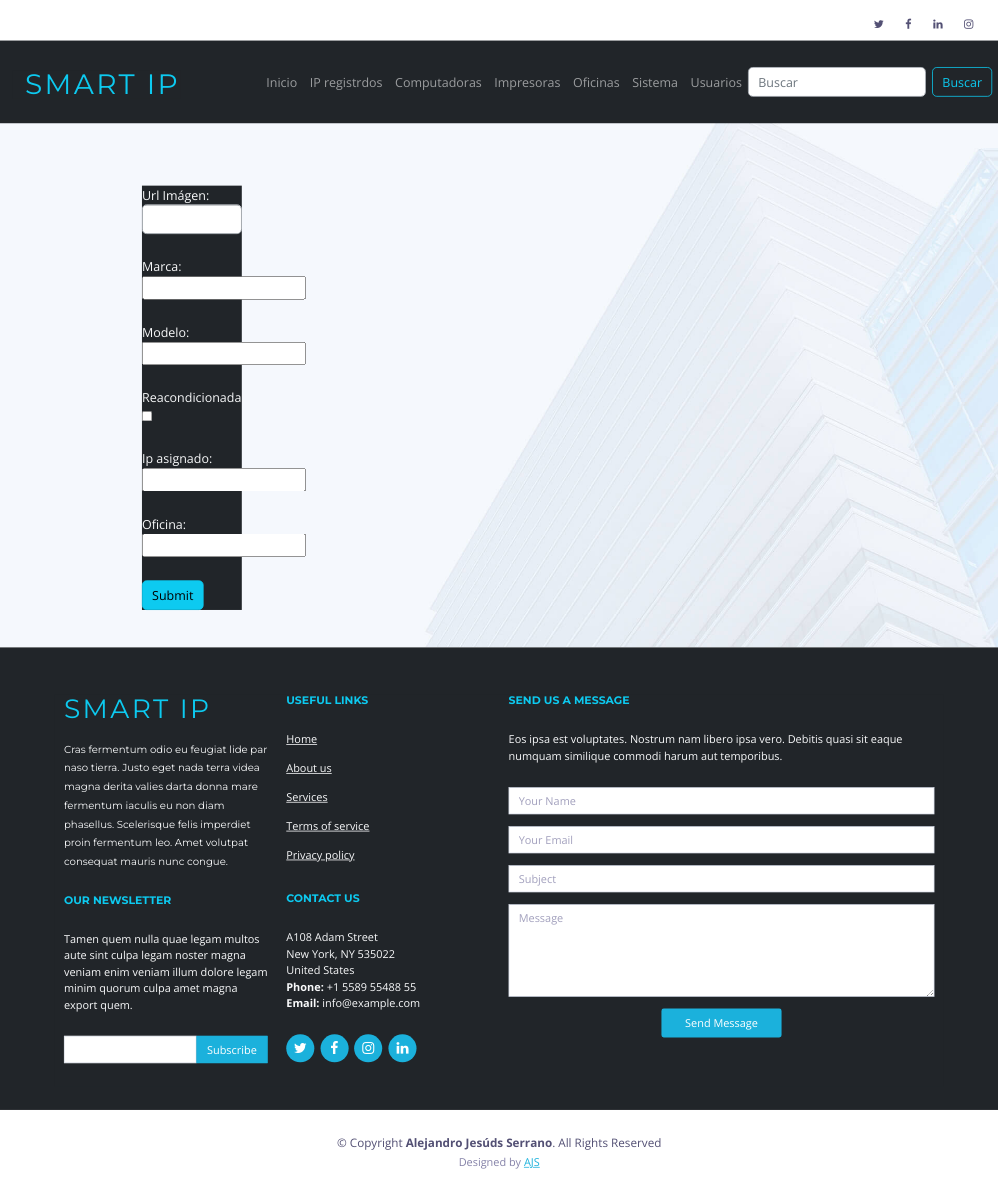
Repository: AlejandroJesusSerrano/SmartIPs
Page: smartip/smartipnav/templates/smartipnav/printer_form.html
The author's editor kept a copy of each file at every save. The page is drawn from the files as they stood at one save, then again after the next save.
The browser window is 1280 px wide. The pictures show the whole page, at 78% of full size.
The page is served by the project's application, run on Django 4.2 (smartip/manage.py). Other server files are loaded and not shown. The template is opened directly, without the code that normally fills it, so the values that code supplies are empty.

Above is the page before, as saved 2022-11-14 08:12:52.

### smartip/smartipnav/templates/smartipnav/printer_form.html
{% extends 'smartipnav/base.html' %}

{% block content %}
<section id="intro" class="clearfix">
    <div class="container d-flex h-100">
        <div class="row justify-content-center align-self-center">
            <div class="col-md-6 intro-info order-md-first order-last">
                <form action="" method="post">
                    {% csrf_token %}
                    <div class="container mx-auto">
                        <div class="form-group bg-dark mx-auto">
                            <label class="form-control-label text-light" for="printer_image">Url Imágen: </label>
                            <input class="form-control" type="url" name="printer_image" id="printer_add"></p>

                            <label class="form-control-label text-light" for="printer_brand">Marca: </label>
                            <input type="text" name="printer_brand" id="printer_brand"></p>

                            <label class="form-control-label text-light" for="printer_model">Modelo: </label>
                            <input type="text" name="printer_model" id="printer_model"></p>

                            <label class="form-control-label text-light" for="printer_rebuilded">Reacondicionada: </label>
                            <input type="checkbox" name="printer_rebuilded" id="printer_rebuilded"></p>

                            <label class="form-control-label text-light" for="printer_ip">Ip asignado: </label>
                            <input type="text" name="printer_ip" id="printer_ip"></p>

                            <label class="form-control-label text-light" for="printer_office">Oficina: </label>
                            <input type="text" namr="printer_office" id="printer_office"></p>

                            <button type="submit" class="btn btn-info">Submit</button>
                        </div>
                    </div>
                </form>
            </div>
        </div>
    </div>
{% endblock %}

### smartip/smartipnav/templates/smartipnav/base.html
<!DOCTYPE html>
<html lang="en">
<head>

  {% load static %}
  <meta charset="utf-8">
  <title>Smart IP</title>
  <meta content="width=device-width, initial-scale=1.0" name="viewport">
  <meta content="" name="keywords">
  <meta content="" name="description">

  <!-- Favicons -->
  <link href="{% static 'smartipnav/img/favicon.png' %}" rel="icon">
  <link href="{% static 'smartipnav/img/apple-touch-icon.png' %}" rel="apple-touch-icon">

  <!-- Google Fonts -->
  <link href="https://fonts.googleapis.com/css?family=Open+Sans:300,300i,400,400i,500,600,700,700i|Montserrat:300,400,500,600,700" rel="stylesheet">

  <!-- Bootstrap CSS File -->
  <link href="https://cdn.jsdelivr.net/npm/bootstrap@5.2.2/dist/css/bootstrap.min.css" rel="stylesheet" integrity="sha384-Zenh87qX5JnK2Jl0vWa8Ck2rdkQ2Bzep5IDxbcnCeuOxjzrPF/et3URy9Bv1WTRi" crossorigin="anonymous">

  <!-- Libraries CSS Files -->
  <link href="{% static 'smartipnav/lib/font-awesome/css/font-awesome.min.css' %}" rel="stylesheet">
  <link href="{% static 'smartipnav/lib/animate/animate.min.css' %}" rel="stylesheet">
  <link href="{% static 'smartipnav/lib/ionicons/css/ionicons.min.css' %}" rel="stylesheet">
  <link href="{% static 'smartipnav/lib/owlcarousel/assets/owl.carousel.min.css' %}" rel="stylesheet">
  <link href="{% static 'smartipnav/lib/lightbox/css/lightbox.min.css' %}" rel="stylesheet">

  <!-- Main Stylesheet File -->
  <link href="{% static 'smartipnav/css/style.css' %}" rel="stylesheet">

  <!-- =======================================================
    Theme Name: Rapid
    Theme URL: https://bootstrapmade.com/rapid-multipurpose-bootstrap-business-template/
    Author: BootstrapMade.com
    License: https://bootstrapmade.com/license/
  ======================================================= -->
</head>

<body>
  <!--==========================
  Header
  ============================-->
  <header id="header">

    <div id="topbar">
      <div class="container me-2">
        <div class="social-links">
          <a href="#" class="twitter"><i class="fa fa-twitter"></i></a>
          <a href="#" class="facebook"><i class="fa fa-facebook"></i></a>
          <a href="#" class="linkedin"><i class="fa fa-linkedin"></i></a>
          <a href="#" class="instagram"><i class="fa fa-instagram"></i></a>
        </div>
      </div>
    </div>

    <nav class="navbar navbar-expand-lg navbar-dark bg-dark">
      <a class="navbar-brand" href="index">
        <div class="logo mb-4">
          <!-- Uncomment below if you prefer to use an image logo -->
          <h1 class="text-bg-dark mx-auto "><a href="index"><span class= "text-info">Smart IP</span></a></h1>
          <!-- <a href="#header" class="scrollto"><img src="img/logo.png" alt="" class="img-fluid"></a> -->
        </div>
      </a>
      <button class="navbar-toggler" type="button" data-bs-toggle="collapse" data-bs-target="#navbarSupportedContent" aria-controls="navbarSupportedContent" aria-expanded="false" aria-label="Toggle navigation">
        <span class="navbar-toggler-icon"></span>
      </button>
      <div class="collapse navbar-collapse" id="navbarSupportedContent">
        <ul class="navbar-nav ms-auto mb-2 mb-lg-0">
          <li class="nav-item">
            <a class="nav-link {% block indexactive %} {% endblock %}" aria-current="page" href="{% url 'Inicio' %}">Inicio</a>
          </li>
          <li class="nav-item">
            <a class="nav-link {% block ipactive %} {% endblock %}" aria-current="page" href=" {% url 'Ip' %}">IP registrdos</a>
          </li>
          <li class="nav-item">
            <a class="nav-link {% block computeractive %} {% endblock %}" aria-current="page" href="{% url 'Computers' %}">Computadoras</a>
          </li>
          <li class="nav-item">
            <a class="nav-link {% block printersactive %} {% endblock %}" aria-current="page" href="{% url 'Printers' %}">Impresoras</a>
          </li>
          <li class="nav-item">
            <a class="nav-link {% block officesactive %} {% endblock %}" aria-current="page" href="{% url 'Offices' %}">Oficinas</a>
          </li>
          <li class="nav-item">
            <a class="nav-link {% block usersactive %} {% endblock %}" aria-current="page" href="{% url 'Users' %}">Sistema</a>
          </li>
          <li class="nav-item">
            <a class="nav-link {% block userspcactive %} {% endblock %}" aria-current="page" href="{% url 'UsersPc' %}">Usuarios</a>
          </li>

          <!-- <li class="nav-item dropdown">
            <a class="nav-link dropdown-toggle" href="#" id="navbarDropdown" role="button" data-bs-toggle="dropdown" aria-expanded="false">
              Dropdown
            </a>
            <ul class="dropdown-menu" aria-labelledby="navbarDropdown">
              <li><a class="dropdown-item" href="#">Acción</a></li>
              <li><a class="dropdown-item" href="#">Otra acción</a></li>
              <li><hr class="dropdown-divider"></li>
              <li><a class="dropdown-item" href="#">Algo más aquí</a></li>
            </ul>
          </li>
          <li class="nav-item">
            <a class="nav-link disabled">Deshabilitado</a>
          </li> -->
        </ul>
        <form class="d-flex" role="search">
          <input class="form-control me-2" type="search" placeholder="Buscar" aria-label="Buscar">
          <button class="btn btn-outline-info me-2" type="submit">Buscar</button>
        </form>
      </div>
    </nav>
  </header><!-- #header -->



    {% block content %}

    {% endblock %}



  <!--==========================
    Footer
  ============================-->
  <footer id="footer" class="section-bg">
    <div class="footer-top bg-dark">
      <div class="container bg-dark">

        <div class="row">

          <div class="col-lg-6">

            <div class="row">

                <div class="col-sm-6">

                  <div class="footer-info">
                    <h3 class="text-info">Smart Ip</h3>
                    <p class="text-light">Cras fermentum odio eu feugiat lide par naso tierra. Justo eget nada terra videa magna derita valies darta donna mare fermentum iaculis eu non diam phasellus. Scelerisque felis imperdiet proin fermentum leo. Amet volutpat consequat mauris nunc congue.</p>
                  </div>

                  <div class="footer-newsletter">
                    <h4 class="text-info">Our Newsletter</h4>
                    <p class="text-light">Tamen quem nulla quae legam multos aute sint culpa legam noster magna veniam enim veniam illum dolore legam minim quorum culpa amet magna export quem.</p>
                    <form action="" method="post">
                      <input type="email" name="email"><input type="submit"  value="Subscribe">
                    </form>
                  </div>

                </div>

                <div class="col-sm-6">
                  <div class="footer-links">
                    <h4 class="text-info">Useful Links</h4>
                    <ul>
                      <li><a class="text-light" href="#">Home</a></li>
                      <li><a class="text-light" href="#">About us</a></li>
                      <li><a class="text-light" href="#">Services</a></li>
                      <li><a class="text-light" href="#">Terms of service</a></li>
                      <li><a class="text-light" href="#">Privacy policy</a></li>
                    </ul>
                  </div>

                  <div class="footer-links">
                    <h4 class="text-info">Contact Us</h4>
                    <p class="text-light">
                      A108 Adam Street <br>
                      New York, NY 535022<br>
                      United States <br>
                      <strong>Phone:</strong> +1 5589 55488 55<br>
                      <strong>Email:</strong> info@example.com<br>
                    </p>
                  </div>

                  <div class="social-links">
                    <a href="#" class="twitter"><i class="fa fa-twitter"></i></a>
                    <a href="#" class="facebook"><i class="fa fa-facebook"></i></a>
                    <a href="#" class="instagram"><i class="fa fa-instagram"></i></a>
                    <a href="#" class="linkedin"><i class="fa fa-linkedin"></i></a>
                  </div>

                </div>

            </div>

          </div>

          <div class="col-lg-6">

            <div class="form">

              <h4 class="text-info">Send us a message</h4>
              <p class= "text-light">Eos ipsa est voluptates. Nostrum nam libero ipsa vero. Debitis quasi sit eaque numquam similique commodi harum aut temporibus.</p>
              <form action="" method="post" role="form" class="contactForm">
                <div class="form-group">
                  <input type="text" name="name" class="form-control" id="name" placeholder="Your Name" data-rule="minlen:4" data-msg="Please enter at least 4 chars" />
                  <div class="validation"></div>
                </div>
                <div class="form-group">
                  <input type="email" class="form-control" name="email" id="email" placeholder="Your Email" data-rule="email" data-msg="Please enter a valid email" />
                  <div class="validation"></div>
                </div>
                <div class="form-group">
                  <input type="text" class="form-control" name="subject" id="subject" placeholder="Subject" data-rule="minlen:4" data-msg="Please enter at least 8 chars of subject" />
                  <div class="validation"></div>
                </div>
                <div class="form-group">
                  <textarea class="form-control" name="message" rows="5" data-rule="required" data-msg="Please write something for us" placeholder="Message"></textarea>
                  <div class="validation"></div>
                </div>

                <div id="sendmessage">Your message has been sent. Thank you!</div>
                <div id="errormessage"></div>

                <div class="text-center"><button type="submit" title="Send Message">Send Message</button></div>
              </form>
            </div>

          </div>



        </div>

      </div>
    </div>

    <div class="container">
      <div class="copyright">
        &copy; Copyright <strong>Alejandro Jesúds Serrano</strong>. All Rights Reserved
      </div>
      <div class="credits">
        <!--
          All the links in the footer should remain intact.
          You can delete the links only if you purchased the pro version.
          Licensing information: https://bootstrapmade.com/license/
          Purchase the pro version with working PHP/AJAX contact form: https://bootstrapmade.com/buy/?theme=Rapid
        -->
        Designed by <a href="https://AJS.com/">AJS</a>
      </div>
    </div>
  </footer><!-- #footer -->

  <a href="#" class="back-to-top"><i class="fa fa-chevron-up"></i></a>
  <!-- Uncomment below i you want to use a preloader -->
  <!-- <div id="preloader"></div> -->

  <!-- JavaScript Libraries -->
  <script src="{% static 'smartipnav/lib/jquery/jquery.min.js' %}"></script>
  <script src="{% static 'smartipnav/lib/jquery/jquery-migrate.min.js' %}"></script>
  <script src="https://cdn.jsdelivr.net/npm/bootstrap@5.2.2/dist/js/bootstrap.bundle.min.js" integrity="sha384-OERcA2EqjJCMA+/3y+gxIOqMEjwtxJY7qPCqsdltbNJuaOe923+mo//f6V8Qbsw3" crossorigin="anonymous"></script>
  <script src="{% static 'smartipnav/lib/easing/easing.min.js' %}"></script>
  <script src="{% static 'smartipnav/lib/mobile-nav/mobile-nav.js' %}"></script>
  <script src="{% static 'smartipnav/lib/wow/wow.min.js' %}"></script>
  <script src="{% static 'smartipnav/lib/waypoints/waypoints.min.js' %}"></script>
  <script src="{% static 'smartipnav/lib/counterup/counterup.min.js' %}"></script>
  <script src="{% static 'smartipnav/lib/owlcarousel/owl.carousel.min.js' %}"></script>
  <script src="{% static 'smartipnav/lib/isotope/isotope.pkgd.min.js' %}"></script>
  <script src="{% static 'smartipnav/lib/lightbox/js/lightbox.min.js' %}"></script>
  <!-- Contact Form JavaScript File -->
  <script src="{% static 'smartipnav/contactform/contactform.js' %}"></script>

  <!-- Template Main Javascript File -->
  <script src="{% static 'smartipnav/js/main.js' %}"></script>

</body>
</html>

### smartip/smartip/urls.py
"""smartip URL Configuration

The `urlpatterns` list routes URLs to views. For more information please see:
    https://docs.djangoproject.com/en/4.1/topics/http/urls/
Examples:
Function views
    1. Add an import:  from my_app import views
    2. Add a URL to urlpatterns:  path('', views.home, name='home')
Class-based views
    1. Add an import:  from other_app.views import Home
    2. Add a URL to urlpatterns:  path('', Home.as_view(), name='home')
Including another URLconf
    1. Import the include() function: from django.urls import include, path
    2. Add a URL to urlpatterns:  path('blog/', include('blog.urls'))
"""
from django.contrib import admin
from django.urls import path

urlpatterns = [
    path('admin/', admin.site.urls),
]

Loaded but not shown: smartip/smartipnav/static/smartipnav/lib/font-awesome/css/font-awesome.min.css (library); smartip/smartipnav/static/smartipnav/lib/animate/animate.min.css (library); smartip/smartipnav/static/smartipnav/lib/ionicons/css/ionicons.min.css (library); smartip/smartipnav/static/smartipnav/lib/owlcarousel/assets/owl.carousel.min.css (library); smartip/smartipnav/static/smartipnav/lib/lightbox/css/lightbox.min.css (common file); smartip/smartipnav/static/smartipnav/lib/jquery/jquery.min.js (library); smartip/smartipnav/static/smartipnav/lib/jquery/jquery-migrate.min.js (library); smartip/smartipnav/static/smartipnav/lib/easing/easing.min.js (common file); smartip/smartipnav/static/smartipnav/lib/mobile-nav/mobile-nav.js (common file); smartip/smartipnav/static/smartipnav/lib/wow/wow.min.js (library); smartip/smartipnav/static/smartipnav/lib/waypoints/waypoints.min.js (library); smartip/smartipnav/static/smartipnav/lib/counterup/counterup.min.js (common file); smartip/smartipnav/static/smartipnav/lib/owlcarousel/owl.carousel.min.js (library); smartip/smartipnav/static/smartipnav/lib/isotope/isotope.pkgd.min.js (library); smartip/smartipnav/static/smartipnav/lib/lightbox/js/lightbox.min.js (library); smartip/smartipnav/static/smartipnav/js/main.js (131 lines, source omitted); smartip/smartipnav/static/smartipnav/contactform/contactform.js (118 lines, source omitted); smartip/smartipnav/static/smartipnav/css/style.css (1573 lines, source omitted)

After the next save:
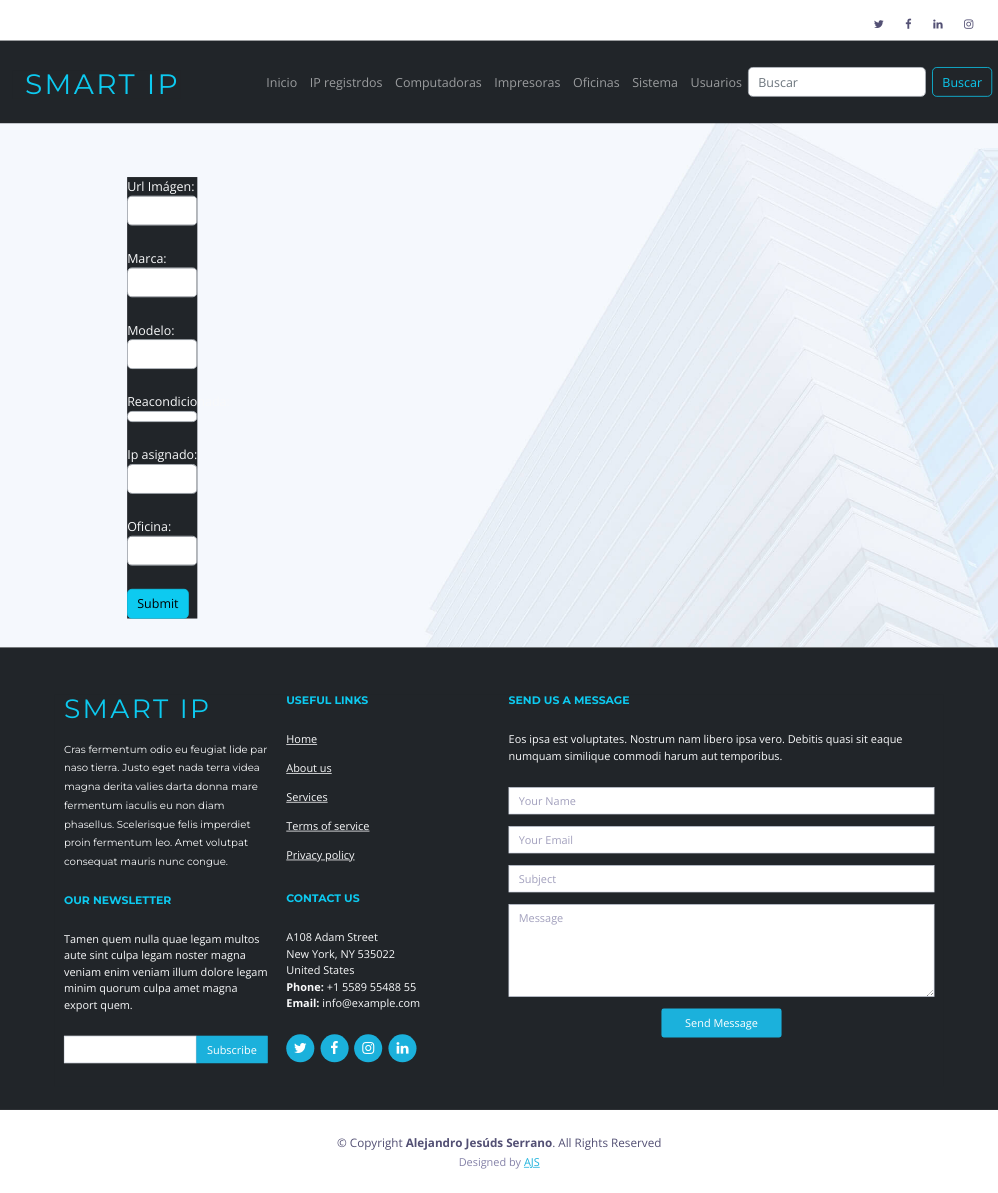
Saved 30 s later.
--- a/smartip/smartipnav/templates/smartipnav/printer_form.html
+++ b/smartip/smartipnav/templates/smartipnav/printer_form.html
@@ -13,19 +13,19 @@
                             <input class="form-control" type="url" name="printer_image" id="printer_add"></p>
 
                             <label class="form-control-label text-light" for="printer_brand">Marca: </label>
-                            <input type="text" name="printer_brand" id="printer_brand"></p>
+                            <input class="form-control" type="text" name="printer_brand" id="printer_brand"></p>
 
                             <label class="form-control-label text-light" for="printer_model">Modelo: </label>
-                            <input type="text" name="printer_model" id="printer_model"></p>
+                            <input class="form-control" type="text" name="printer_model" id="printer_model"></p>
 
                             <label class="form-control-label text-light" for="printer_rebuilded">Reacondicionada: </label>
-                            <input type="checkbox" name="printer_rebuilded" id="printer_rebuilded"></p>
+                            <input class="form-control" type="checkbox" name="printer_rebuilded" id="printer_rebuilded"></p>
 
                             <label class="form-control-label text-light" for="printer_ip">Ip asignado: </label>
-                            <input type="text" name="printer_ip" id="printer_ip"></p>
+                            <input class="form-control" type="text" name="printer_ip" id="printer_ip"></p>
 
                             <label class="form-control-label text-light" for="printer_office">Oficina: </label>
-                            <input type="text" namr="printer_office" id="printer_office"></p>
+                            <input class="form-control" type="text" namr="printer_office" id="printer_office"></p>
 
                             <button type="submit" class="btn btn-info">Submit</button>
                         </div>
